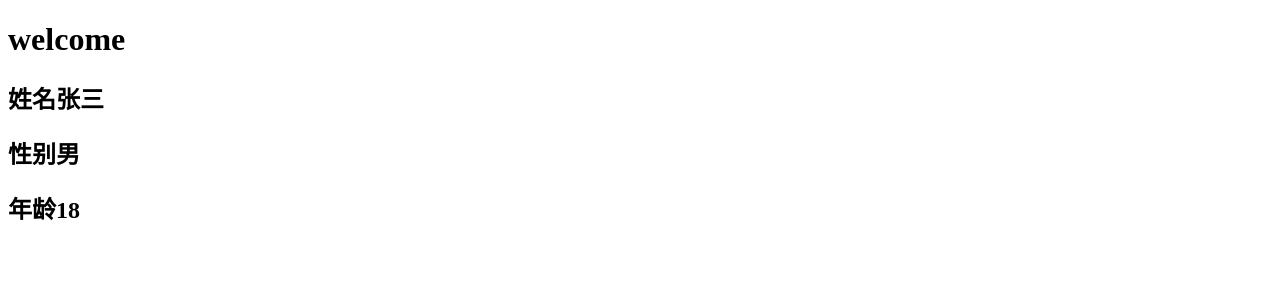
Repository: 319226862/wyy
Page: / (app in vue_test/)
The author's editor kept a copy of each file at every save. The page is drawn from the files as they stood at one save, then again after the next save.
The browser window is 1280 px wide. The pictures show the whole page.
The project was rebuilt for these pictures with package versions that can differ from the ones it lists, and the page was loaded fresh each time. Also part of the build but not shown: vue_test/vue.config.js.

Above is the page before, as saved 2023-06-19 15:02:58.

After the next save:
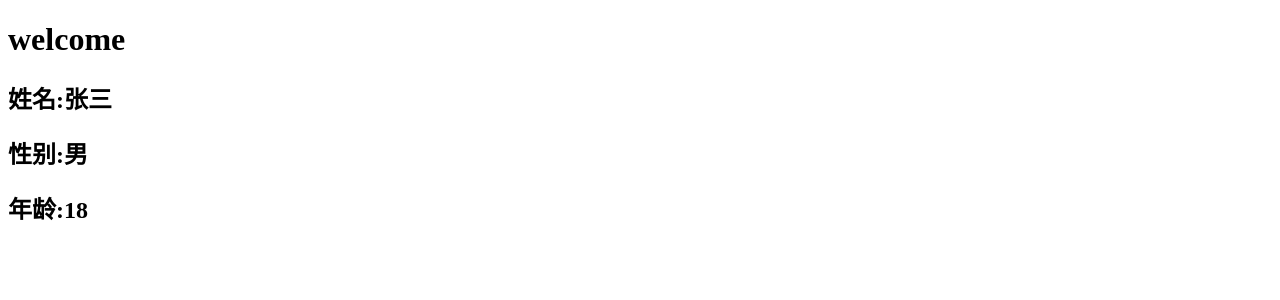
Saved 40 s later.
--- a/vue_test/src/components/School.vue
+++ b/vue_test/src/components/School.vue
@@ -1,9 +1,9 @@
 <template>
     <div>
         <h1>{{ msg }}</h1>
-        <h2>姓名{{ name }}</h2>
-        <h2>性别{{ sex }}</h2>
-        <h2>年龄{{ age }}</h2>
+        <h2>姓名:{{ name }}</h2>
+        <h2>性别:{{ sex }}</h2>
+        <h2>年龄:{{ age }}</h2>
     </div>
 </template>
 
